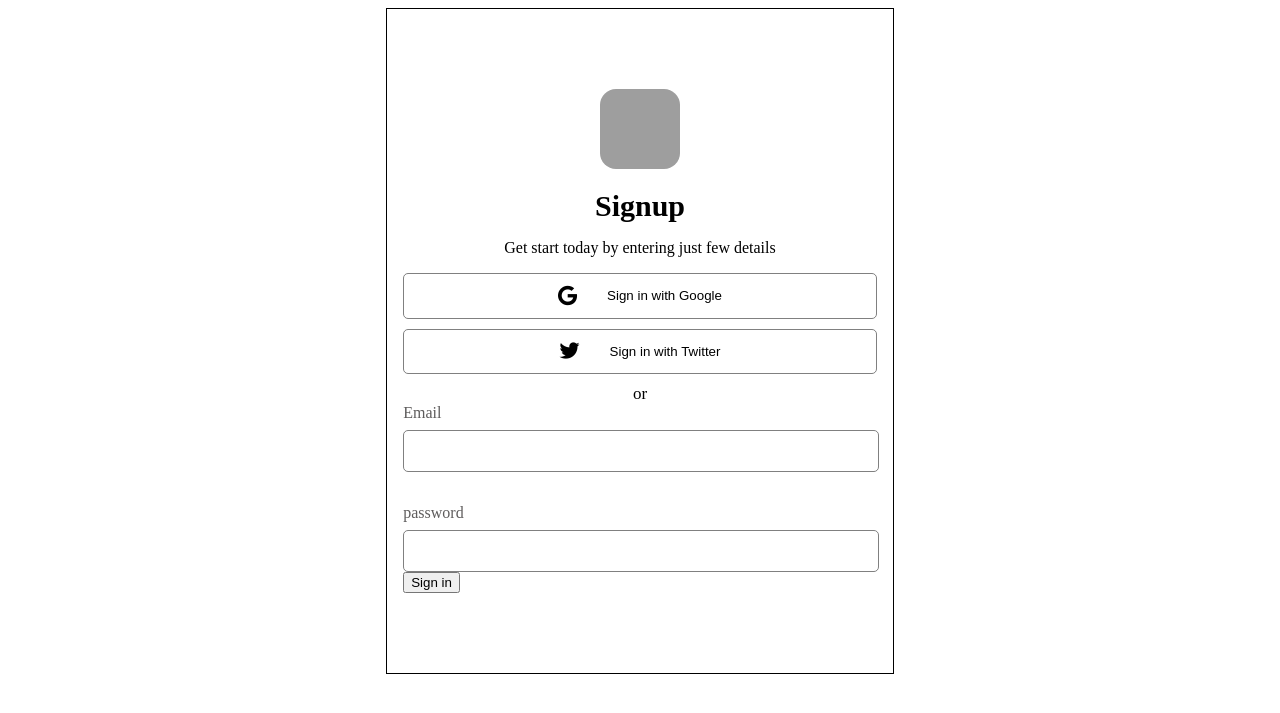
Repository: tungts3qb/Javascript
Page: sign-up/signup.html
The author's editor kept a copy of each file at every save. The page is drawn from the files as they stood at one save, then again after the next save.
The browser window is 1280 px wide. The pictures show the whole page.
Pictures or frames that could not be fetched are drawn as grey boxes.

Above is the page before, as saved 2022-12-26 23:01:18.

After the next save:
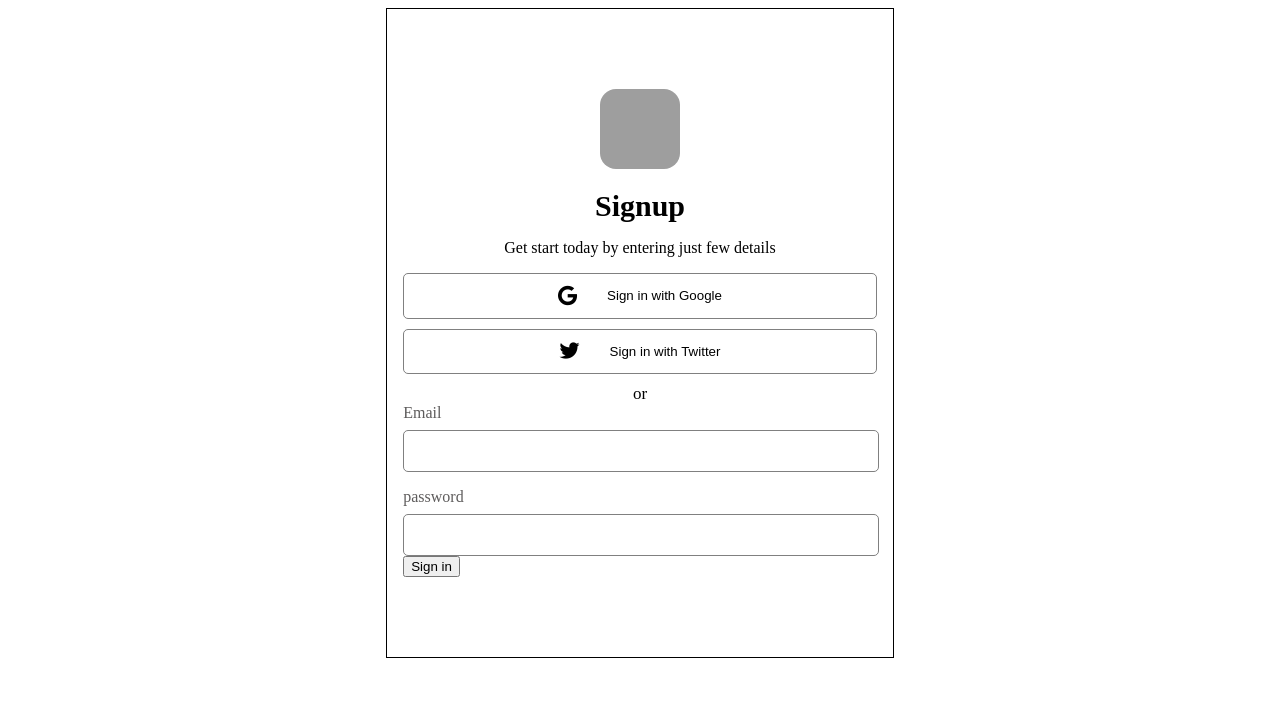
Saved 4 s later.
--- a/sign-up/sign-up.css
+++ b/sign-up/sign-up.css
@@ -100,5 +100,5 @@
 }
 
 .sign-up-password {
-  margin-top: 2rem;
+  margin-top: 1rem;
 }
